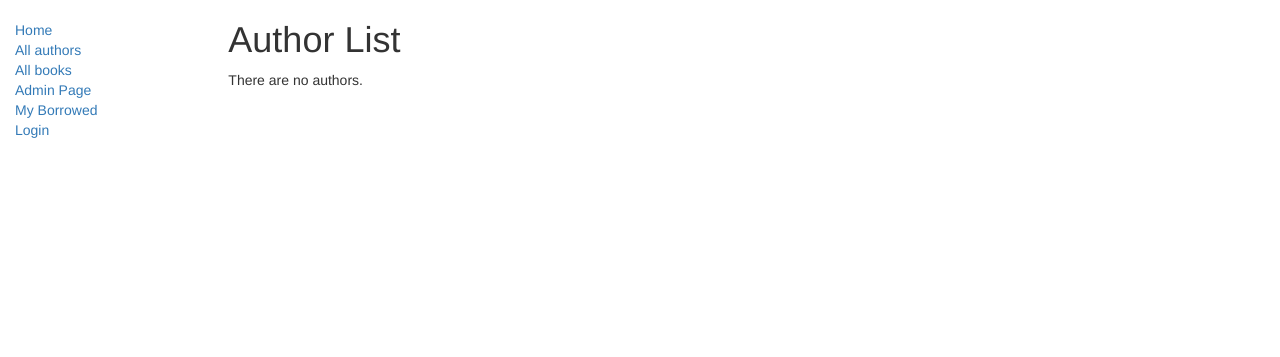
Repository: arsalandehghani/locallibrary
Page: catalog/templates/catalog/author_list.html
An editor plug-in stored every save of this project. The page is shown before and after the next save, followed by the edit.
The browser window is 1280 px wide. The pictures show the whole page.
The template is drawn by Django 4.2. The application's start-up code is not run. The template is opened directly, without the code that normally fills it, so the values that code supplies are empty.

Above is the page before, as saved 2022-03-06 18:31:58.

After the next save:
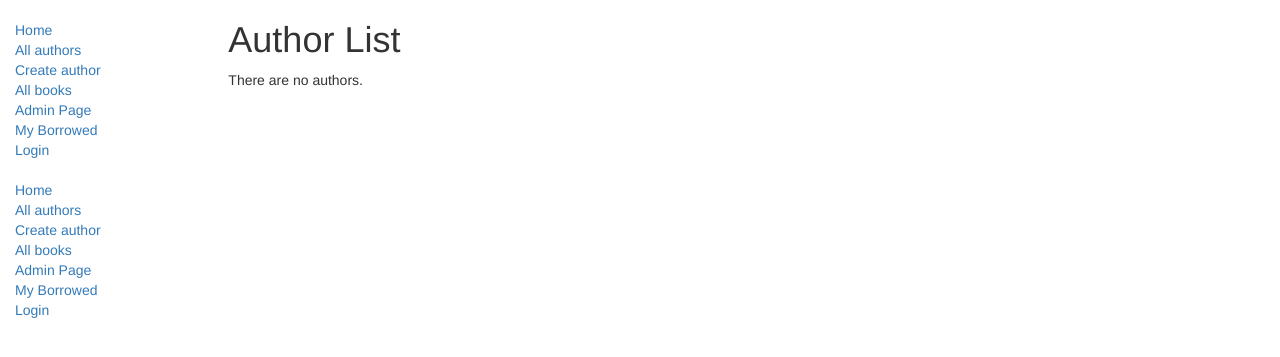
Saved 21 s later.
--- a/catalog/templates/catalog/base_generic.html
+++ b/catalog/templates/catalog/base_generic.html
@@ -24,6 +24,7 @@
       <ul class="sidebar-nav">
         <li><a href="{% url 'catalog:index' %}">Home</a></li>
         <li><a href="{% url 'catalog:authors' %}">All authors</a></li>
+        <li><a href="{% url 'catalog:author_create'%}">Create author</a></li>
         <li><a href="{% url 'catalog:books' %}">All books</a></li>
         <li><a href="/admin">Admin Page</a></li>
         <li><a href="{% url 'catalog:my-borrowed' %}">My Borrowed</a></li>
@@ -35,7 +36,9 @@
         {% endif %}
               </ul>
      {% endblock %}
-      </div>
+     {% block sidebar2 %}
+     {% endblock %}
+    </div>
       <div class="col-sm-10 ">
       {% block content %}{% endblock %}
       </div>
